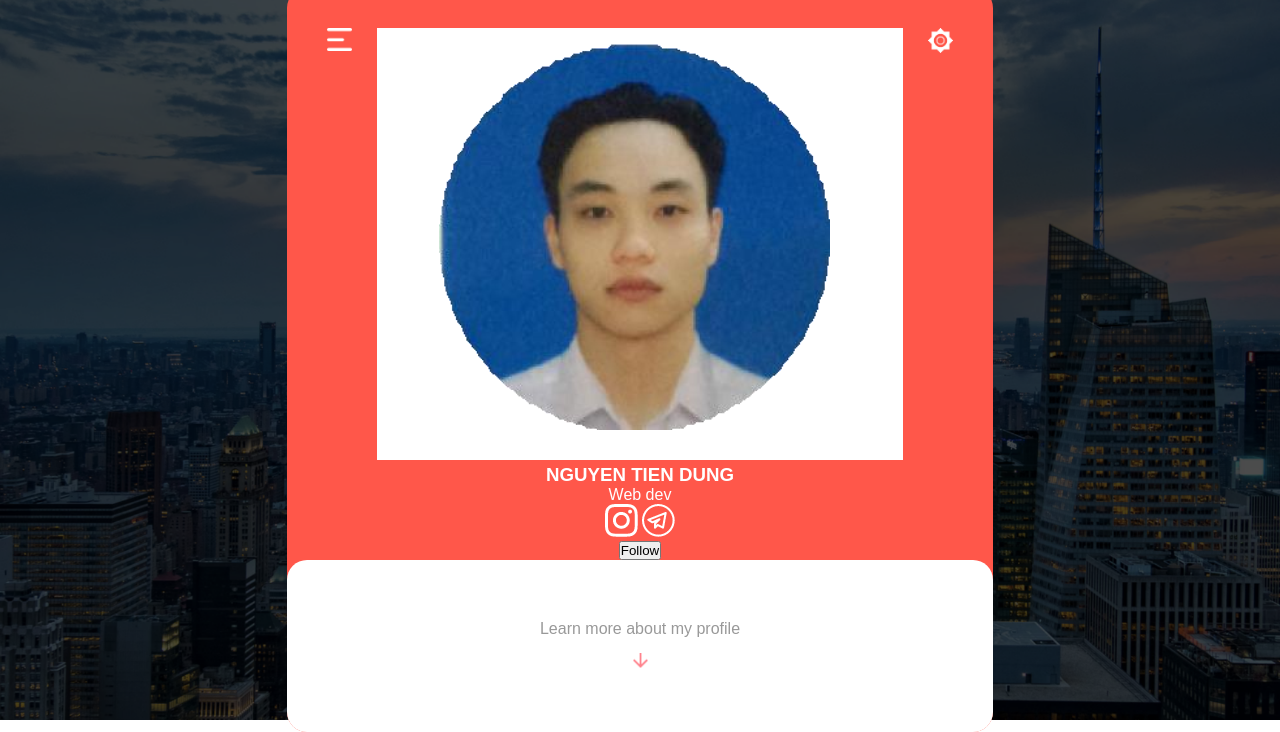
Repository: linhvuong864/profile
Page: Nguyen Tien Dung/index.html
An editor plug-in stored every save of this project. The page is shown before and after the next save, followed by the edit.
The browser window is 1280 px wide. The pictures show the whole page.

Above is the page before, as saved 2023-02-27 23:38:49.

After the next save:
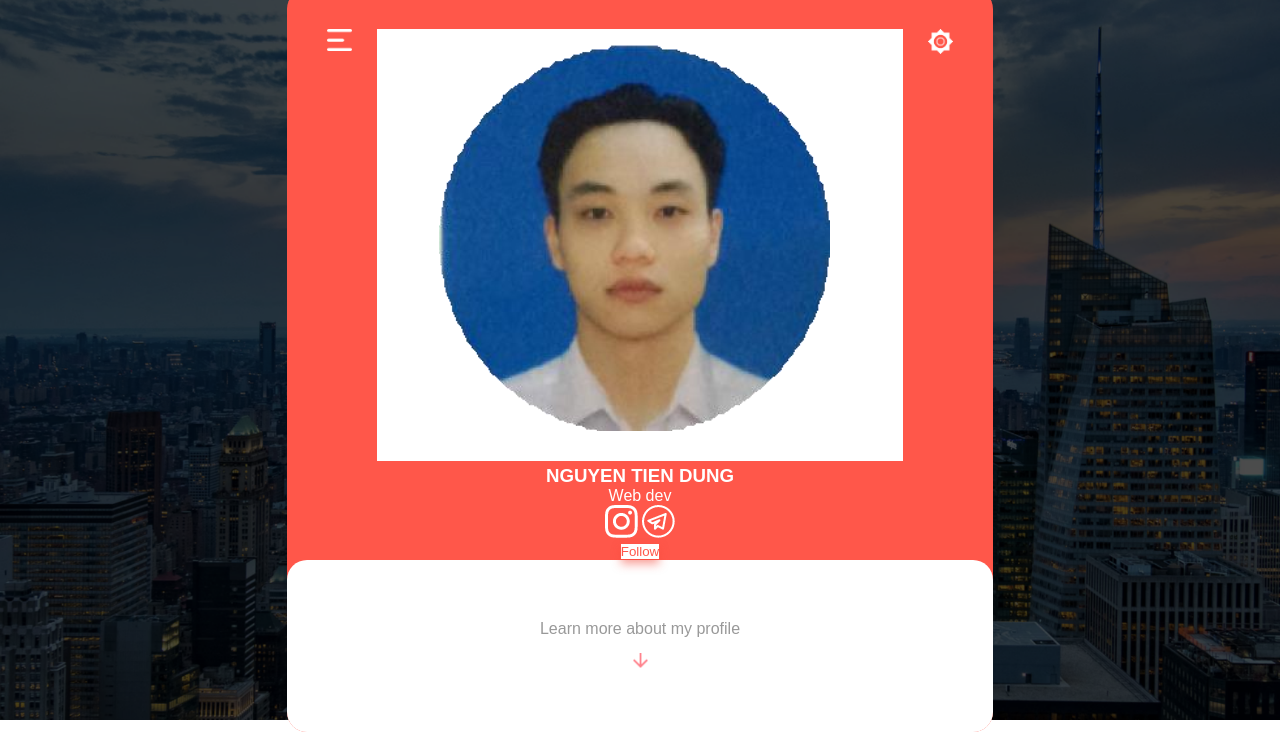
Saved 75 s later.
--- a/Nguyen Tien Dung/style.css
+++ b/Nguyen Tien Dung/style.css
@@ -52,3 +52,10 @@
     margin-top: 15px;
     cursor: pointer;
 }
+.profile-box button{
+    background: #fff;
+    color: #ff574a;
+    border: none;
+    outline: none;
+    box-shadow: 0 5px 10px rgb(244, 67, 54, 0.5);
+}
